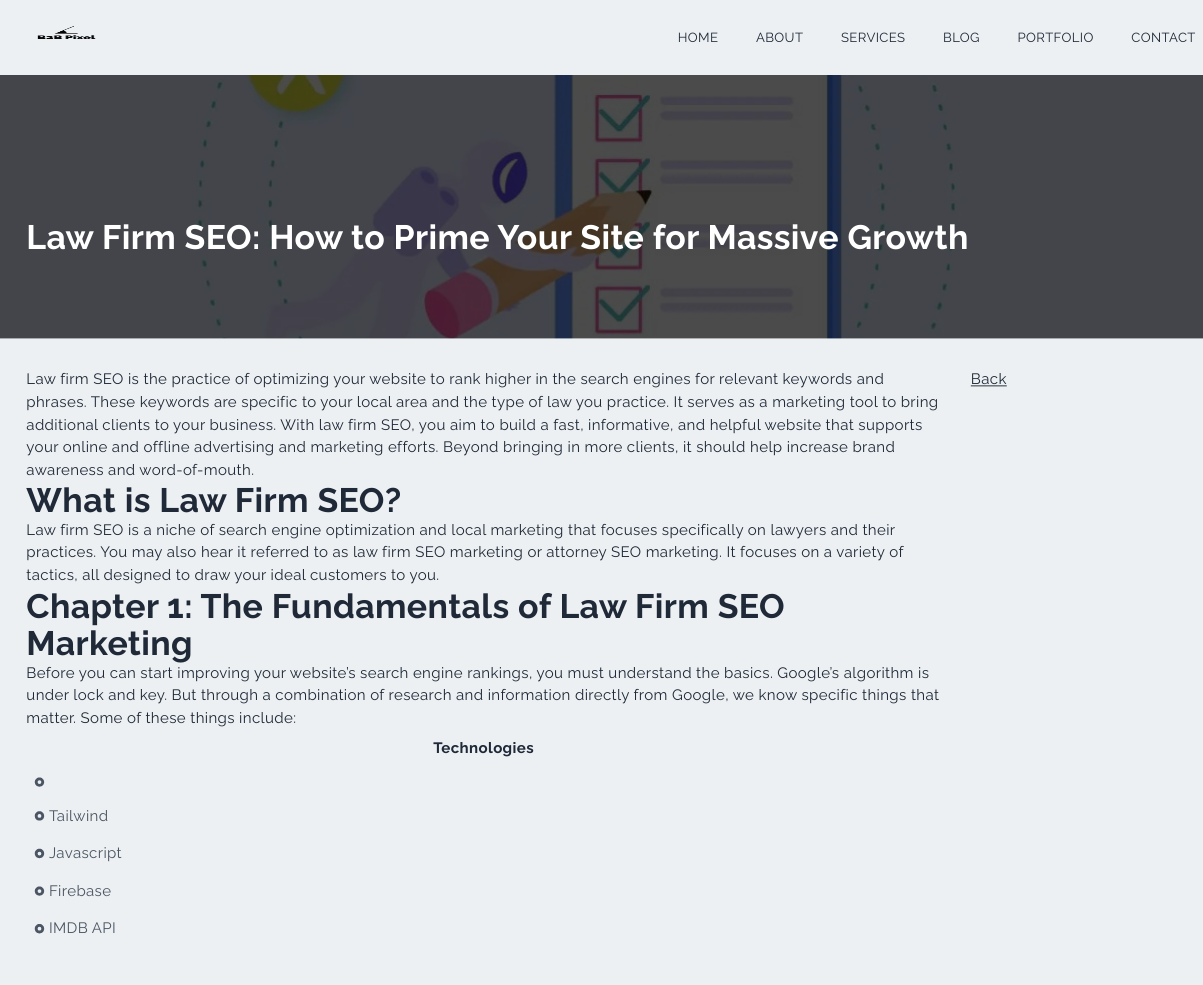
Repository: DID0101/nextjs.b2b
Page: /netflix
These files come from the project's save history. The page is drawn as it stood at one moment and after the next save; the edit follows.
The browser window is 1280 px wide. The pictures show the whole page, at 94% of full size.
The project was rebuilt for these pictures with package versions that can differ from the ones it lists, and the page was loaded fresh each time. The framework's server and built-in components were replaced by stand-ins that run in the browser. Also part of the build but not shown: next.config.js.

Above is the page before, as saved 2024-01-22 03:24:22.

### pages/netflix.jsx
import Image from 'next/image';
import React from 'react';
import netflixImg from '../public/assets/projects/netflix.jpg';
import { RiRadioButtonFill } from 'react-icons/ri';
import Link from 'next/link';

const netflix = () => {
  return (
    <div className='w-full'>
      <div className='w-screen h-[50vh] relative'>
        <div className='absolute top-0 left-0 w-full h-[50vh] bg-black/70 z-10' />
        <Image
          className='absolute z-1'
          layout='fill'
          objectFit='cover'
          src={netflixImg}
          alt='/'
        />
        <div className='absolute top-[70%] max-w-[1240px] w-full left-[50%] right-[50%] translate-x-[-50%] translate-y-[-50%] text-white z-10 p-2'>
          <h2 className='py-2'>Law Firm SEO: How to Prime Your Site for Massive Growth</h2>
          {/* <h3>React JS / Tailwind / Firebase</h3> */}
        </div>
      </div>

      <div className='max-w-[1240px] mx-auto p-2 grid md:grid-cols-5 gap-8 py-8'>
        <div className='col-span-4'>
          {/* <p>Project</p> */}
          {/* <h2>Overview</h2> */}
          <p>
          Law firm SEO is the practice of optimizing your website to rank higher in the search engines for relevant keywords and phrases. These keywords are specific to your local area and the type of law you practice. It serves as a marketing tool to bring additional clients to your business.

With law firm SEO, you aim to build a fast, informative, and helpful website that supports your online and offline advertising and marketing efforts. Beyond bringing in more clients, it should help increase brand awareness and word-of-mouth.
          </p>
          <p>

          </p>
          <h2>What is Law Firm SEO?</h2>
          <p> </p>
          <p>Law firm SEO is a niche of search engine optimization and local marketing that focuses specifically on lawyers and their practices. You may also hear it referred to as law firm SEO marketing or attorney SEO marketing. It focuses on a variety of tactics, all designed to draw your ideal customers to you.</p>
            <p> </p>
            <h2>Chapter 1: The Fundamentals of Law Firm SEO Marketing</h2>
            <p> </p>
            <p>Before you can start improving your website’s search engine rankings, you must understand the basics. Google’s algorithm is under lock and key. But through a combination of research and information directly from Google, we know specific things that matter. Some of these things include:</p>
               <p>

               </p>
               <div className='p-2'>
            <p className='text-center font-bold pb-2'>Technologies</p>
            <div className='grid grid-cols-3 md:grid-cols-1'>
              <p className='text-gray-600 py-2 flex items-center'>
                <RiRadioButtonFill className='pr-1' />
              </p>
              <p className='text-gray-600 py-2 flex items-center'>
                <RiRadioButtonFill className='pr-1' /> Tailwind
              </p>
              <p className='text-gray-600 py-2 flex items-center'>
                <RiRadioButtonFill className='pr-1' /> Javascript
              </p>
              <p className='text-gray-600 py-2 flex items-center'>
                <RiRadioButtonFill className='pr-1' /> Firebase
              </p>
              <p className='text-gray-600 py-2 flex items-center'>
                <RiRadioButtonFill className='pr-1' /> IMDB API
              </p>
            </div>
          </div>


          {/* <a
            href='https://github.com/fireclint/netflix-react-tailwind'
            target='_blank'
            rel='noreferrer'
          >
            <button className='px-8 py-2 mt-4 mr-8'>Code</button>
          </a>
          <a
            href='https://fireclint.github.io/netflix-react-tailwind/'
            target='_blank'
            rel='noreferrer'
          >
            <button className='px-8 py-2 mt-4'>Demo</button>
          </a> */}
        </div>
        {/* <div className='col-span-4 md:col-span-1 shadow-xl shadow-gray-400 rounded-xl py-4'>
          <div className='p-2'>
            <p className='text-center font-bold pb-2'>Technologies</p>
            <div className='grid grid-cols-3 md:grid-cols-1'>
              <p className='text-gray-600 py-2 flex items-center'>
                <RiRadioButtonFill className='pr-1' /> React
              </p>
              <p className='text-gray-600 py-2 flex items-center'>
                <RiRadioButtonFill className='pr-1' /> Tailwind
              </p>
              <p className='text-gray-600 py-2 flex items-center'>
                <RiRadioButtonFill className='pr-1' /> Javascript
              </p>
              <p className='text-gray-600 py-2 flex items-center'>
                <RiRadioButtonFill className='pr-1' /> Firebase
              </p>
              <p className='text-gray-600 py-2 flex items-center'>
                <RiRadioButtonFill className='pr-1' /> IMDB API
              </p>
            </div>
          </div>
        </div> */}
        <Link href='/#projects'>
          <p className='underline cursor-pointer'>Back</p>
        </Link>
      </div>
    </div>
  );
};

export default netflix;

### components/Navbar.jsx
import Image from 'next/image';
import Link from 'next/link';
import React, { useState, useEffect } from 'react';
import { AiOutlineClose, AiOutlineMail, AiOutlineMenu } from 'react-icons/ai';
import { FaGithub, FaLinkedinIn } from 'react-icons/fa';
import { BsFillPersonLinesFill } from 'react-icons/bs';
// import { useRouter } from 'next/router';
import NavLogo from '../public/assets/navLogo.png'

const Navbar = () => {
  const [nav, setNav] = useState(false);
  const [shadow, setShadow] = useState(false);
  const [navBg, setNavBg] = useState('#ecf0f3');
  const [linkColor, setLinkColor] = useState('#1f2937');
  // const [position, setPosition] = useState('fixed')
  // const router = useRouter();

  // useEffect(() => {
  //   if (
  //     router.asPath === '/property' ||
  //     router.asPath === '/crypto' ||
  //     router.asPath === '/netflix' ||
  //     router.asPath === '/twitch'
  //   ) {
  //     setNavBg('transparent');
  //     setLinkColor('#ecf0f3');
  //   } else {
  //     setNavBg('#ecf0f3');
  //     setLinkColor('#1f2937');
  //   }
  // }, [router]);

  const handleNav = () => {
    setNav(!nav);
  };

  useEffect(() => {
    const handleShadow = () => {
      if (window.scrollY >= 90) {
        setShadow(true);
      } else {
        setShadow(false);
      }
    };
    window.addEventListener('scroll', handleShadow);
  }, []);

  return (
    <div
      style={{ backgroundColor: `${navBg}` }}
      className={
        shadow
          ? 'fixed w-full h-20 shadow-xl z-[100] ease-in-out duration-300'
          : 'fixed w-full h-20 z-[100]'
      }
    >
      <div className='flex justify-between items-center w-full h-full px-2 2xl:px-16'>
        <Link href='/'>
          <a>
            <Image
              src={NavLogo}
              alt='/'
              width='125'
              height='50'
              className='cursor-pointer'
            />
          </a>
        </Link>
        <div>
          <ul style={{ color: `${linkColor}` }} className='hidden md:flex'>
            <li className='ml-10 text-sm uppercase hover:border-b'>
              <Link href='/'>Home</Link>
            </li>
            <li className='ml-10 text-sm uppercase hover:border-b'>
              <Link href='/#about'>About</Link>
            </li>
            <li className='ml-10 text-sm uppercase hover:border-b'>
              <Link href='/#skills'>Services</Link>
            </li>
            <li className='ml-10 text-sm uppercase hover:border-b'>
              <Link href='/#projects'>Blog</Link>
            </li>
            <li className='ml-10 text-sm uppercase hover:border-b'>
              <Link href='/resume'>Portfolio</Link>
            </li>
            <li className='ml-10 text-sm uppercase hover:border-b'>
              <Link href='/#contact'>Contact</Link>
            </li>
          </ul>
          {/* Hamburger Icon */}
          <div
            style={{ color: `${linkColor}` }}
            onClick={handleNav}
            className='md:hidden'
          >
            <AiOutlineMenu size={25} />
          </div>
        </div>
      </div>

      {/* Mobile Menu */}
      {/* Overlay */}
      <div
        className={
          nav ? 'md:hidden fixed left-0 top-0 w-full h-screen bg-black/70' : ''
        }
      >
        {/* Side Drawer Menu */}
        <div
          className={
            nav
              ? ' fixed left-0 top-0 w-[75%] sm:w-[60%] md:w-[45%] h-screen bg-[#ecf0f3] p-10 ease-in duration-500'
              : 'fixed left-[-100%] top-0 p-10 ease-in duration-500'
          }
        >
          <div>
            <div className='flex w-full items-center justify-between'>
              <Link href='/'>
                <a>
                  <Image
                    src={NavLogo}
                    width='87'
                    height='35'
                    alt='/'
                  />
                </a>
              </Link>
              <div
                onClick={handleNav}
                className='rounded-full shadow-lg shadow-gray-400 p-3 cursor-pointer'
              >
                <AiOutlineClose />
              </div>
            </div>
            <div className='border-b border-gray-300 my-4'>
              <p className='w-[85%] md:w-[90%] py-4'>
                Let&#39;s build something legendary together
              </p>
            </div>
          </div>
          <div className='py-4 flex flex-col'>
            <ul className='uppercase'>
              <Link href='/'>
                <li onClick={() => setNav(false)} className='py-4 text-sm'>
                  Home
                </li>
              </Link>
              <Link href='/#about'>
                <li onClick={() => setNav(false)} className='py-4 text-sm'>
                  About
                </li>
              </Link>
              <Link href='/#skills'>
                <li onClick={() => setNav(false)} className='py-4 text-sm'>
                  Skills
                </li>
              </Link>
              <Link href='/#projects'>
                <li onClick={() => setNav(false)} className='py-4 text-sm'>
                  Projects
                </li>
              </Link>
              <Link href='/resume'>
                <li onClick={() => setNav(false)} className='py-4 text-sm'>
                  Resume
                </li>
              </Link>
              <Link href='/#contact'>
                <li onClick={() => setNav(false)} className='py-4 text-sm text-[#ac4d5a]'>
                  Save My Spot
                </li>
              </Link>
            </ul>
            <div className='pt-40'>
              <p className='uppercase tracking-widest text-[#5651e5]'>
                Let&#39;s Connect
              </p>
              <div className='flex items-center justify-between my-4 w-full sm:w-[80%]'>
                <a
                  href='https://www.linkedin.com/in/clint-briley-50056920a/'
                  target='_blank'
                  rel='noreferrer'
                >
                  <div className='rounded-full shadow-lg shadow-gray-400 p-3 cursor-pointer hover:scale-105 ease-in duration-300'>
                    <FaLinkedinIn />
                  </div>
                </a>
                <a
                  href='https://github.com/fireclint'
                  target='_blank'
                  rel='noreferrer'
                >
                  <div className='rounded-full shadow-lg shadow-gray-400 p-3 cursor-pointer hover:scale-105 ease-in duration-300'>
                    <FaGithub />
                  </div>
                </a>
                <Link href='/#contact'>
                  <div
                    onClick={() => setNav(!nav)}
                    className='rounded-full shadow-lg shadow-gray-400 p-3 cursor-pointer hover:scale-105 ease-in duration-300'
                  >
                    <AiOutlineMail />
                  </div>
                </Link>
                <Link href='/resume'>
                  <div
                    onClick={() => setNav(!nav)}
                    className='rounded-full shadow-lg shadow-gray-400 p-3 cursor-pointer hover:scale-105 ease-in duration-300'
                  >
                    <BsFillPersonLinesFill />
                  </div>
                </Link>
              </div>
            </div>
          </div>
        </div>
      </div>
    </div>
  );
};

export default Navbar;

Loaded but not shown: pages/_app.js (common file); pages/_document.js (common file); styles/globals.css (common file); tailwind.config.js (common file)

After the next save:
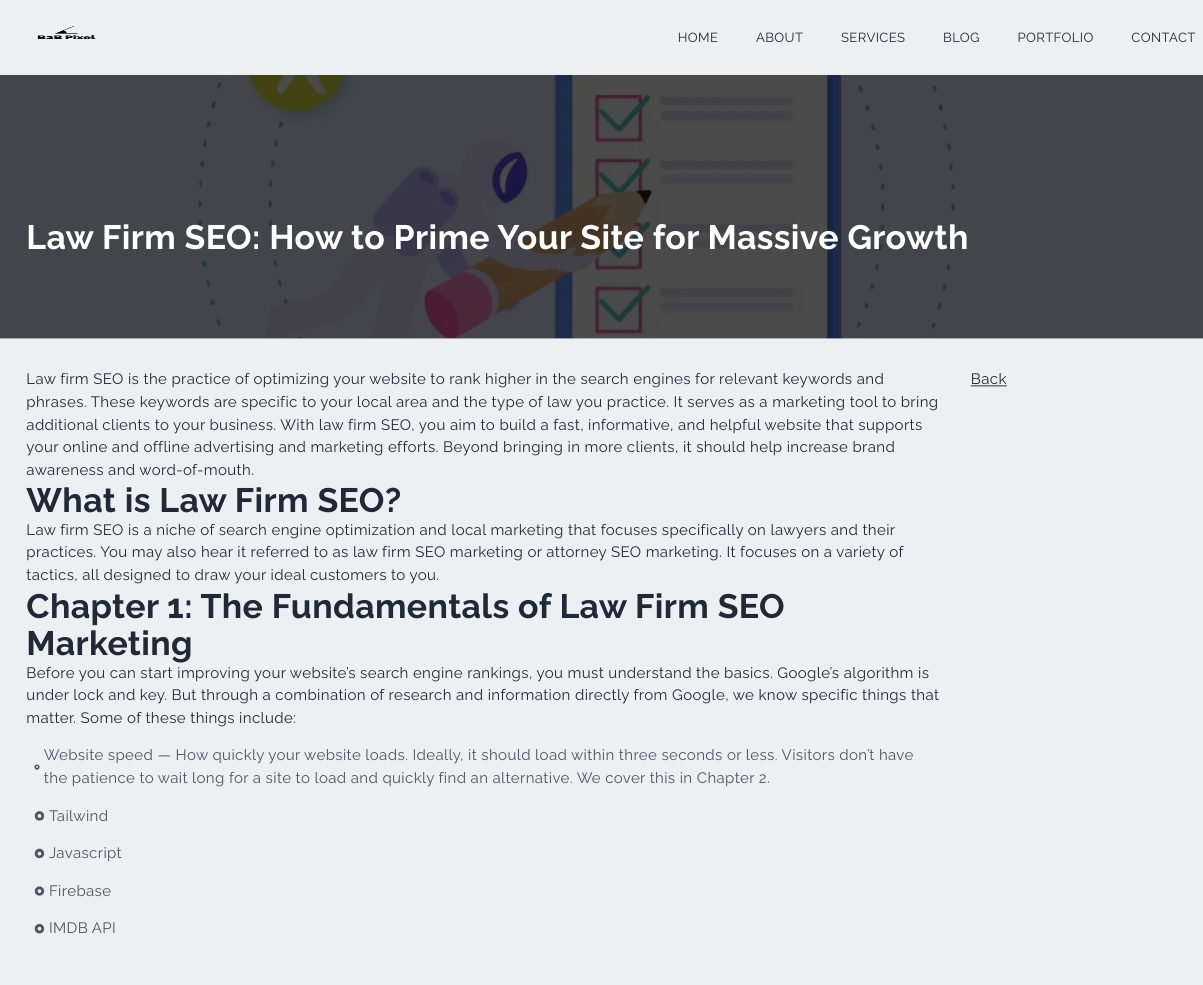
Saved 62 s later.
--- a/pages/netflix.jsx
+++ b/pages/netflix.jsx
@@ -45,10 +45,9 @@
 
                </p>
                <div className='p-2'>
-            <p className='text-center font-bold pb-2'>Technologies</p>
             <div className='grid grid-cols-3 md:grid-cols-1'>
               <p className='text-gray-600 py-2 flex items-center'>
-                <RiRadioButtonFill className='pr-1' />
+                <RiRadioButtonFill className='pr-1' /> Website speed — How quickly your website loads. Ideally, it should load within three seconds or less. Visitors don’t have the patience to wait long for a site to load and quickly find an alternative. We cover this in Chapter 2.
               </p>
               <p className='text-gray-600 py-2 flex items-center'>
                 <RiRadioButtonFill className='pr-1' /> Tailwind
